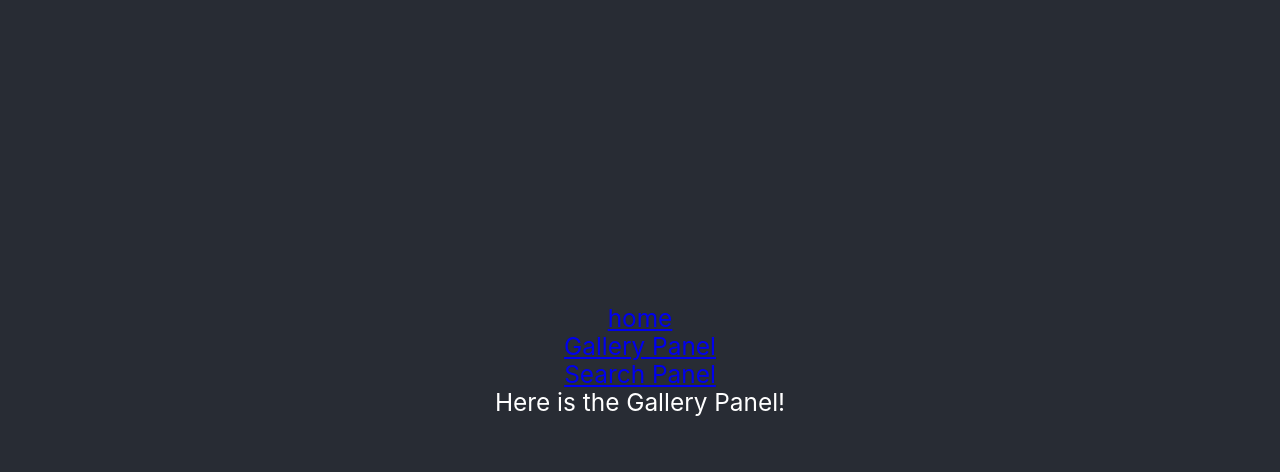
Repository: ZhengyuLi0929/ArtMuseum_ArtIC
Page: /gallery
The author's editor kept a copy of each file at every save. The page is drawn from the files as they stood at one save, then again after the next save.
The browser window is 1280 px wide. The pictures show the whole page.
The page's requests for data from a server got no answer. The project was rebuilt for these pictures with package versions that can differ from the ones it lists, and the page was loaded fresh each time. No one was signed in, and anything a server would have sent is missing. Also part of the build but not shown: src/home.tsx, src/list.tsx, src/details.tsx.

Above is the page before, as saved 2023-01-11 06:16:46.

### src/App.tsx
import React from 'react';
//import logo from './logo.svg';
import './App.css';
import {
  BrowserRouter as Router,
  Route,
  Routes,
  Link} from "react-router-dom"

import HomeView from './home';
import GalleryView from './gallery';
import ListView from './list';
import ItemDetails from './details';

function App() {
  return (
    <Router>
    <div className="App">
      <header className="App-header">
        <Link to ="/"> home </Link>
        <Link to ="/gallery"> Gallery Panel </Link>
        <Link to ="/list"> Search Panel </Link>
          <Routes>
            <Route path = "/" element = {<HomeView></HomeView>}/>
            <Route path = "/gallery" element = {<GalleryView></GalleryView>}/>
            <Route path = "/list" element = {<ListView></ListView>}/>
            <Route path="/items/:itemId" element={<ItemDetails></ItemDetails>} />
          </Routes>
      </header>
    </div>
    </Router>
  );
}

export default App;

### src/gallery.tsx
import axios from 'axios';
import {useState} from 'react';

export default function GalleryView(){
    interface Image{
        id: number
        image_id: string
        title: string
        _score: number
    }
    const [imagesUrl, setImagesUrl] = useState<string[]>([]);
    const [title, setTitle] = useState<string []>([]);

    const api = axios.create({baseURL: 'https://api.artic.edu/api/v1/'})

    api.get('artworks/search?q=monet&&fields=id,title,image_id&&limit=50')
        .then((res) => {
            const tempImage : string [] = []
            const tempTitle: string [] = []
            if (res.data) {
                res.data.data.map
                ((image: Image) =>{tempImage.push(`http://www.artic.edu/iiif/2/${image.image_id}/full/843,/0/default.jpg`)})
                res.data.data.map((image:Image) => {tempTitle.push(`${image.title}`)})
                setImagesUrl(tempImage)
                setTitle(tempTitle)
            }
        }
        )

    return(
        <div>
            <div>
                Here is the Gallery Panel!
            </div>
            {
                imagesUrl.length ? imagesUrl.map(
                    (url:string) => {
                        return (
                        <img src = {url} height = "200"></img>
                        )
                    }
                ) : <></>
            }
            {/* {
                title.length ? title.map(
                    (name:string) => {
                        return (
                        <div>{name}</div>
                        )
                    }
                ) : <></>
            } */}
        </div>
    )
}

Loaded but not shown: public/index.html (common file); src/index.tsx (common file); src/index.css (common file); src/reportWebVitals.ts (common file); src/App.css (common file)

After the next save:
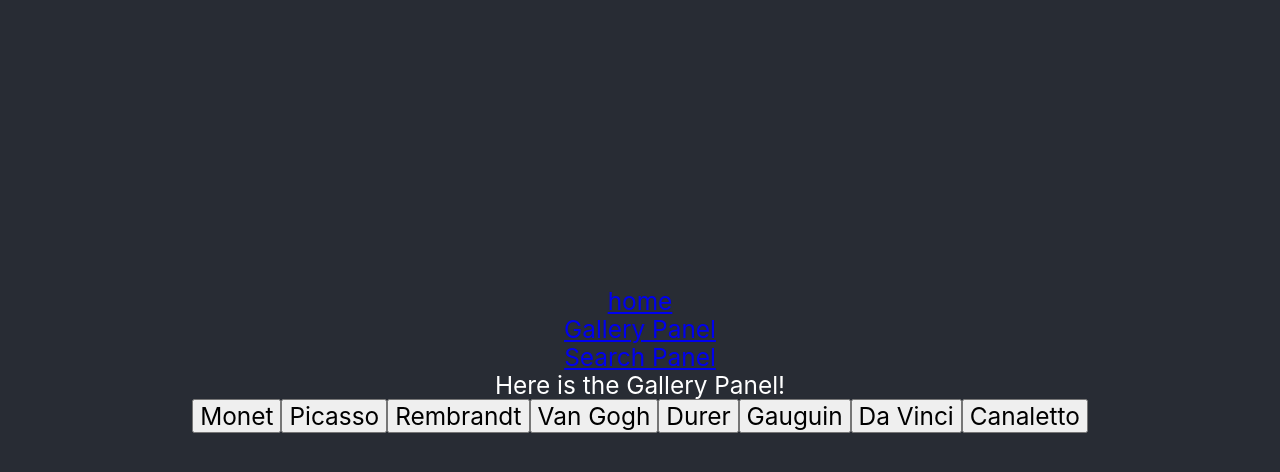
Saved 51 min 51 s later.
--- a/src/gallery.tsx
+++ b/src/gallery.tsx
@@ -11,9 +11,10 @@ export default function GalleryView(){
     const [imagesUrl, setImagesUrl] = useState<string[]>([]);
     const [title, setTitle] = useState<string []>([]);
 
-    const api = axios.create({baseURL: 'https://api.artic.edu/api/v1/'})
+    const api = axios.create({baseURL: 'https://api.artic.edu/api/v1/'});
 
-    api.get('artworks/search?q=monet&&fields=id,title,image_id&&limit=50')
+
+    api.get('artworks/search?q=paintings&&fields=id,title,image_id&&limit=50')
         .then((res) => {
             const tempImage : string [] = []
             const tempTitle: string [] = []
@@ -25,13 +26,40 @@ export default function GalleryView(){
                 setTitle(tempTitle)
             }
         }
-        )
+    );
+
+    // write handleArtists that search for the artist name
+    // and set the imagesUrl and title
+    const handleArtists = (event: React.MouseEvent<HTMLButtonElement>) => {
+        const artistName = event.currentTarget.value;
+        api.get(`artworks/search?q=${artistName}&&fields=id,title,image_id&&limit=50`)
+            .then((res) => {
+                const tempImage : string [] = []
+                const tempTitle: string [] = []
+                if (res.data) {
+                    res.data.data.map
+                    ((image: Image) =>{tempImage.push(`http://www.artic.edu/iiif/2/${image.image_id}/full/843,/0/default.jpg`)})
+                    res.data.data.map((image:Image) => {tempTitle.push(`${image.title}`)})
+                    setImagesUrl(tempImage)
+                    setTitle(tempTitle)
+                }
+            }
+        );
+    }
 
     return(
         <div>
             <div>
                 Here is the Gallery Panel!
             </div>
+            <button value = "monet" onClick = {handleArtists}>Monet</button>
+            <button value = "picasso" onClick = {handleArtists}>Picasso</button>
+            <button value = "rembrandt" onClick = {handleArtists}>Rembrandt</button>
+            <button value = "van gogh" onClick = {handleArtists}>Van Gogh</button>
+            <button value = "durer" onClick = {handleArtists}>Durer</button>
+            <button value = "gauguin" onClick = {handleArtists}>Gauguin</button>
+            <button value = "da vinci" onClick = {handleArtists}>Da Vinci</button>
+            <button value = "canaletto" onClick = {handleArtists}>Canaletto</button>
             {
                 imagesUrl.length ? imagesUrl.map(
                     (url:string) => {
@@ -41,15 +69,6 @@ export default function GalleryView(){
                     }
                 ) : <></>
             }
-            {/* {
-                title.length ? title.map(
-                    (name:string) => {
-                        return (
-                        <div>{name}</div>
-                        )
-                    }
-                ) : <></>
-            } */}
         </div>
-    )
+    );
 }
